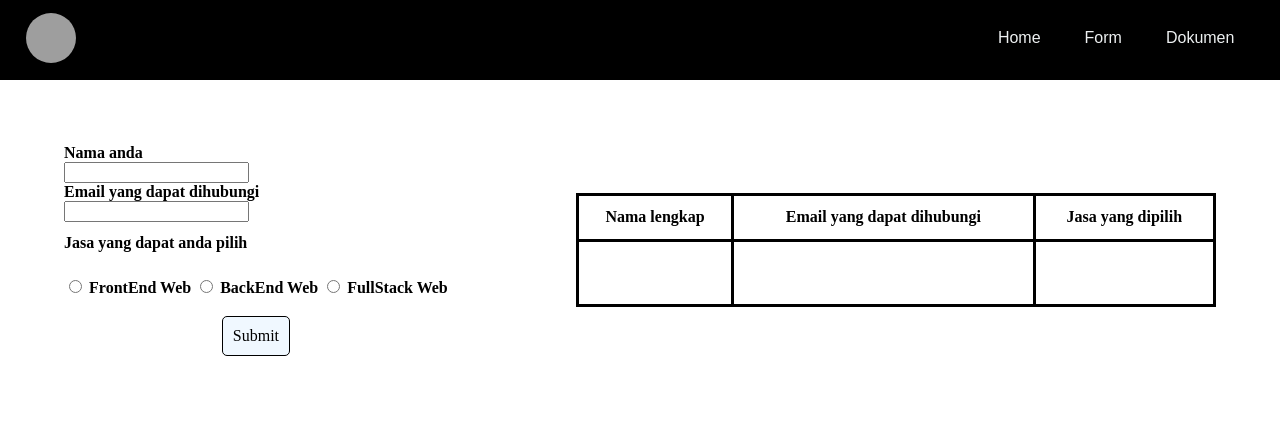
Repository: zecht12/TimModul
Page: TimModul.html
The author's editor kept a copy of each file at every save. The page is drawn from the files as they stood at one save, then again after a run of saves.
The browser window is 1280 px wide. The pictures show the whole page.
Pictures or frames that could not be fetched are drawn as grey boxes.

Above is the page before, as saved 2023-03-14 13:46:46.

After the next 5 saves:
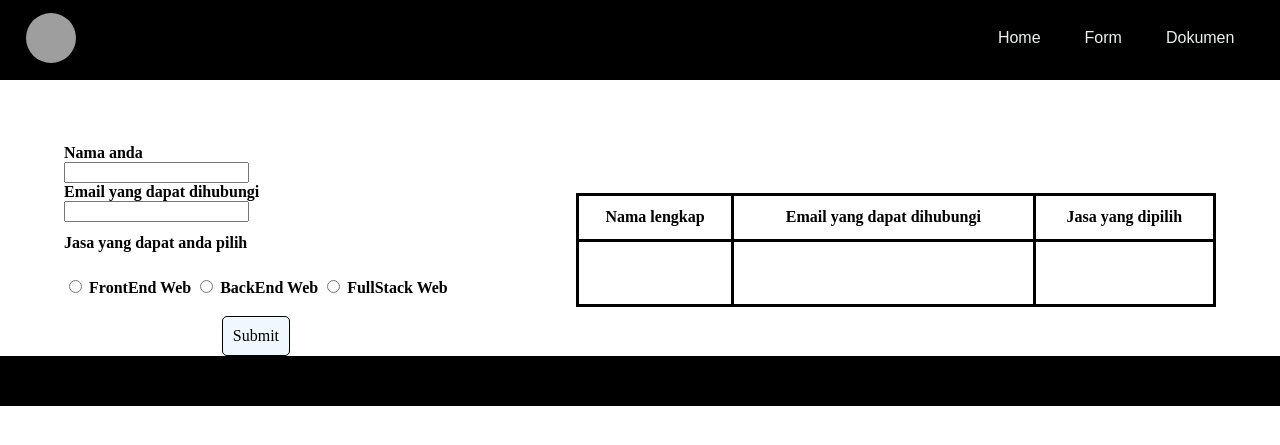
The 5 saves are shown as one change because they came seconds apart.
The last was saved 15 s later.
--- a/TimModul.html
+++ b/TimModul.html
@@ -55,7 +55,7 @@
             </tr>
         </table>
     </div>
-    <div style="height: 50px; width: 100%;">
+    <div style="height: 50px; width: 100%; background-color: black;">
 
     </div>
 </body>
